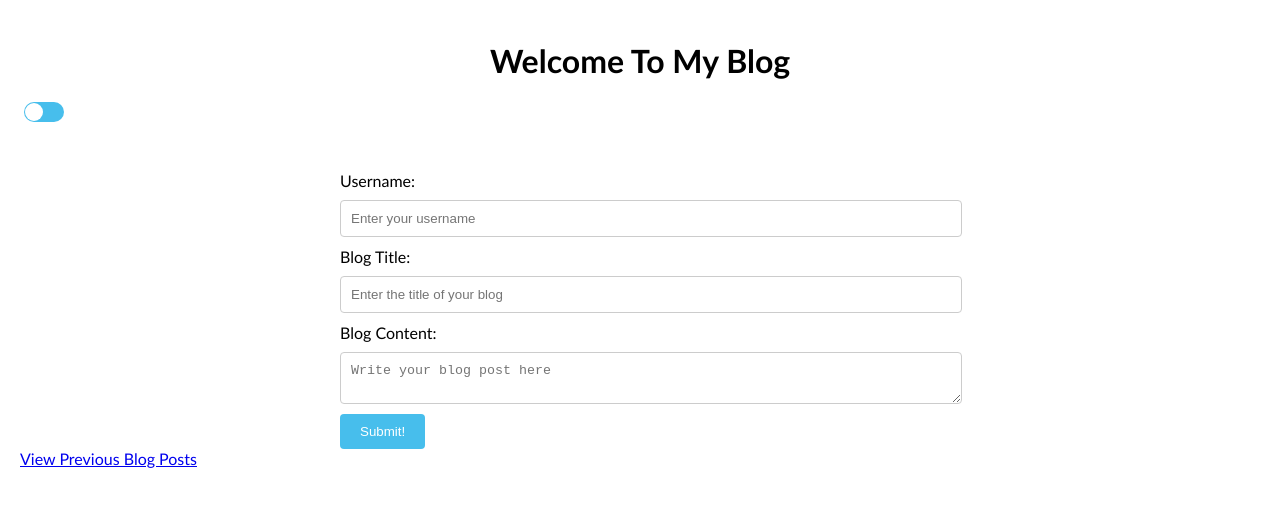
Repository: PaigeC001/WeatherOutlookTracker
Page: Challenge-4/index.html
These files come from the project's save history. The page is drawn as it stood at one moment and after the next save; the edit follows.
The browser window is 1280 px wide. The pictures show the whole page.

Above is the page before, as saved 2024-06-25 23:58:14.
Console error: SyntaxError: Identifier 'form' has already been declared

After the next save:
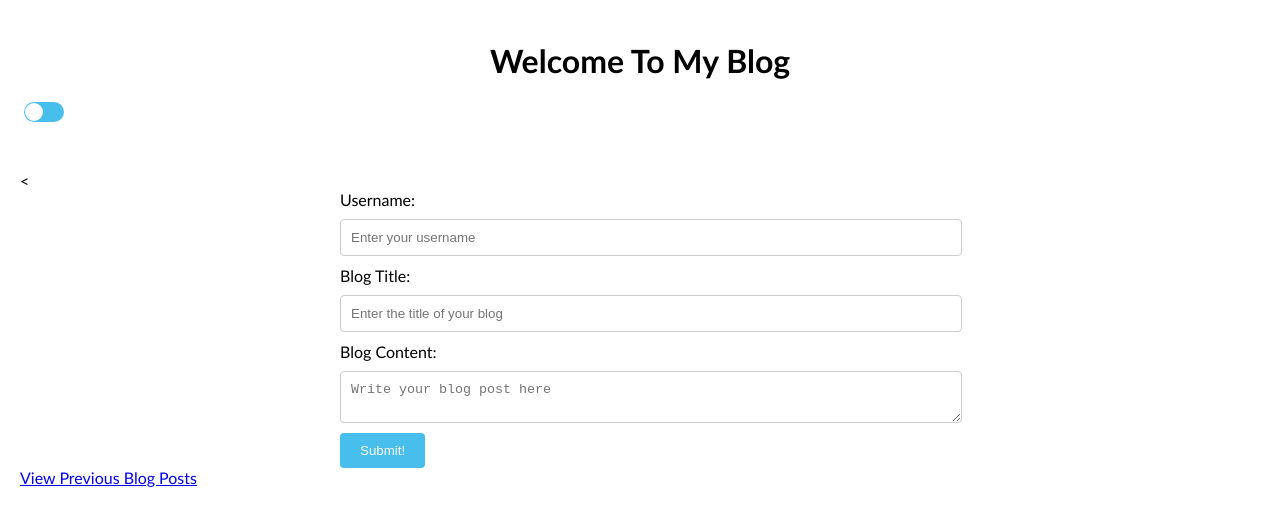
Saved 3 min 31 s later.
--- a/Challenge-4/index.html
+++ b/Challenge-4/index.html
@@ -12,7 +12,7 @@
     <label for="toggle"></label>
   </div>
 
-</form>
+<
 
 <form id="blogPostForm">
     <label for="username">Username:</label>

After the save that followed:
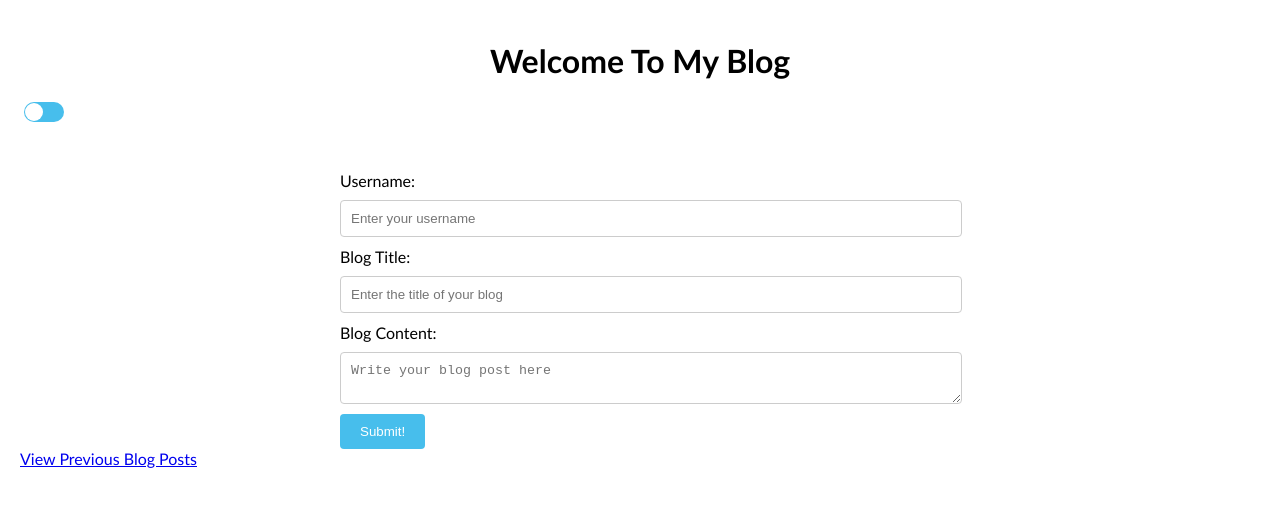
Saved 26 s later.
--- a/Challenge-4/index.html
+++ b/Challenge-4/index.html
@@ -11,8 +11,6 @@
     <input type="checkbox" id="toggle">
     <label for="toggle"></label>
   </div>
-
-<
 
 <form id="blogPostForm">
     <label for="username">Username:</label>
